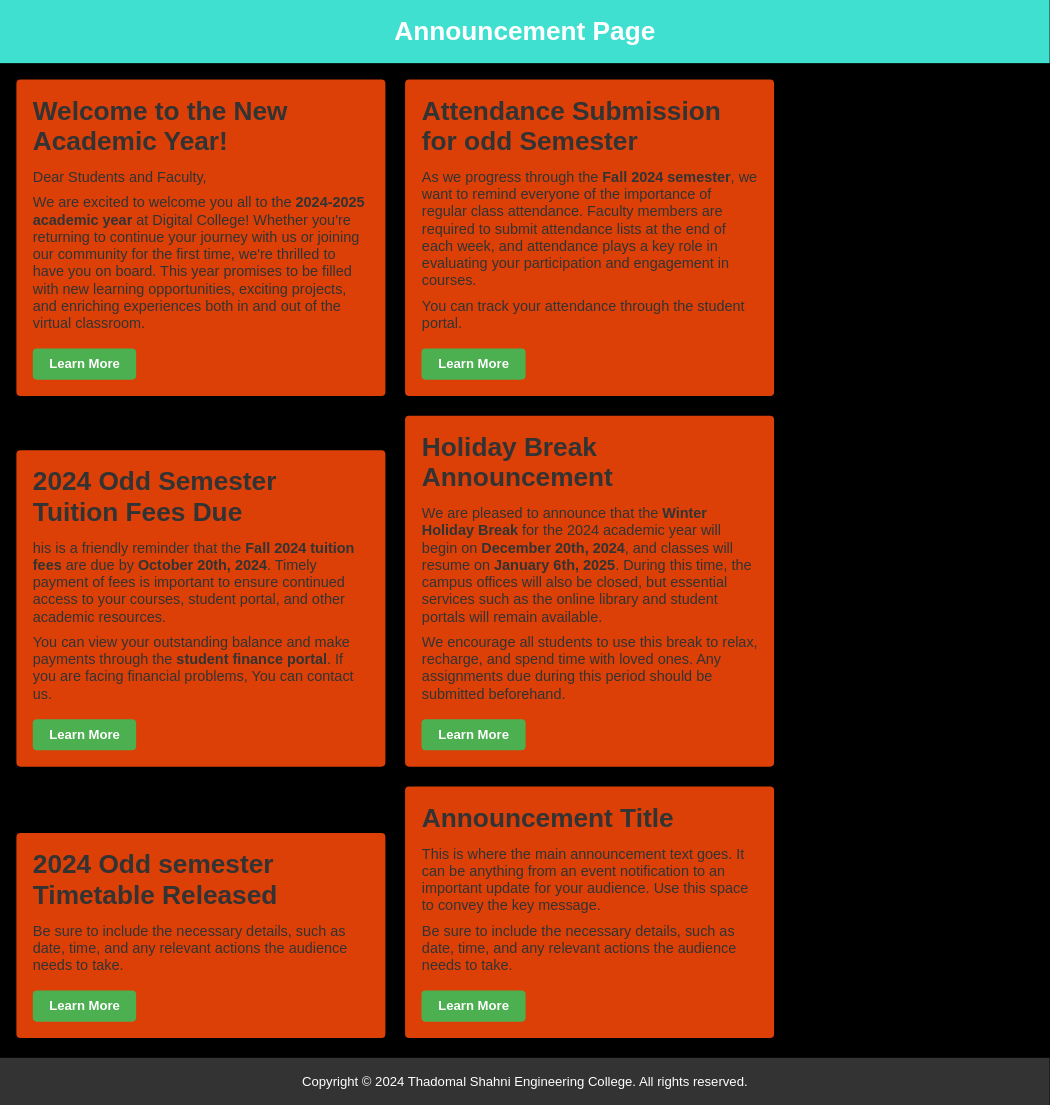
Repository: TejasS1233/MINITHON-hackathon-project
Page: annoucementpage.html
These files come from the project's save history. The page is drawn as it stood at one moment and after the next save; the edit follows.
The browser window is 1280 px wide. The pictures show the whole page, at 82% of full size.

Above is the page before, as saved 2024-09-20 09:56:03.

After the next save:
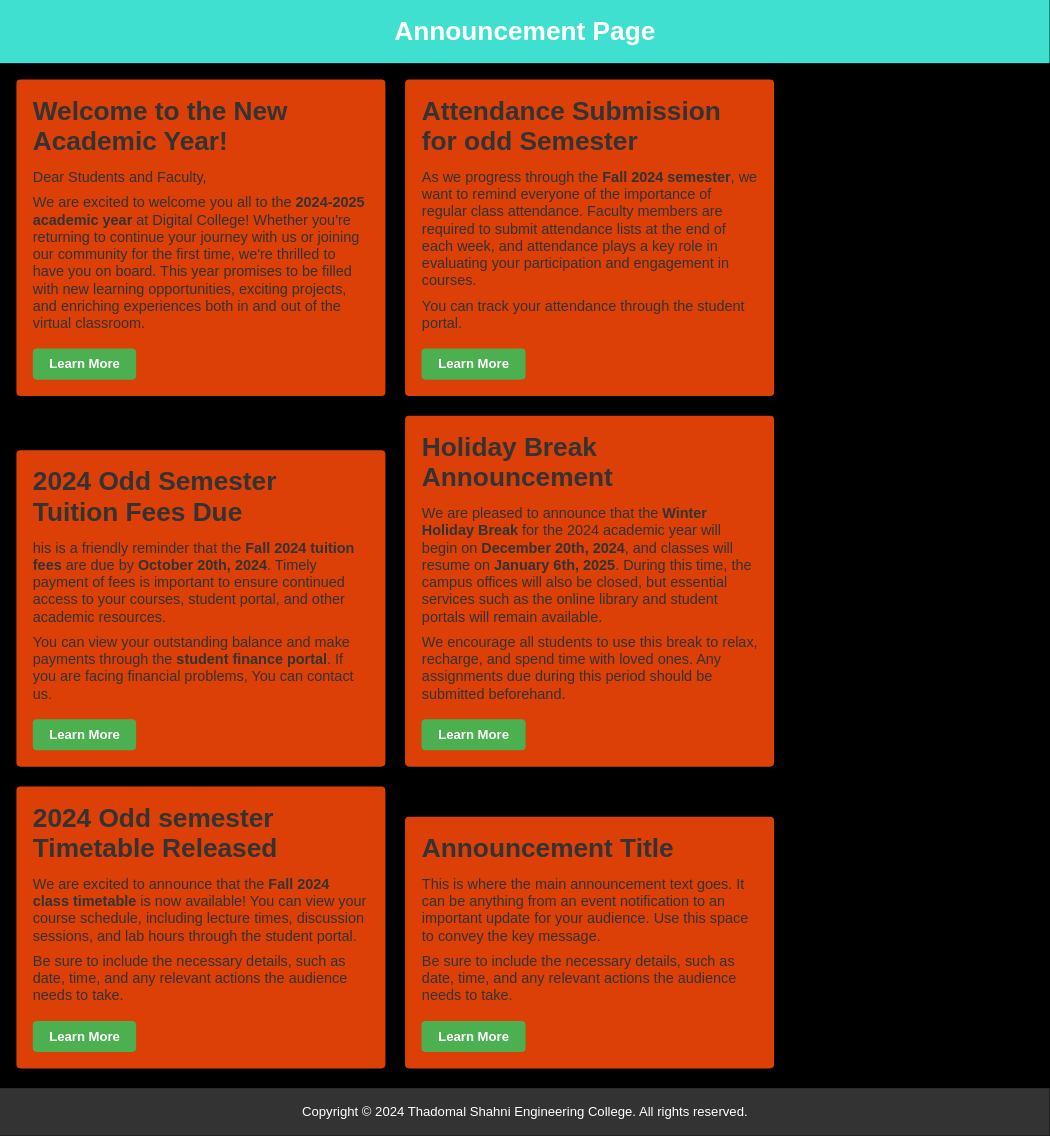
Saved 11 s later.
--- a/annoucementpage.html
+++ b/annoucementpage.html
@@ -67,7 +67,8 @@
     <div class="announcement">
         <h2>2024 Odd semester Timetable Released</h2>
         <p>
-
+            We are excited to announce that the <strong>Fall 2024 class timetable</strong> is now available! You can view your
+            course schedule, including lecture times, discussion sessions, and lab hours through the student portal.
         </p>
         <p>
             Be sure to include the necessary details, such as date, time, and any relevant actions the
